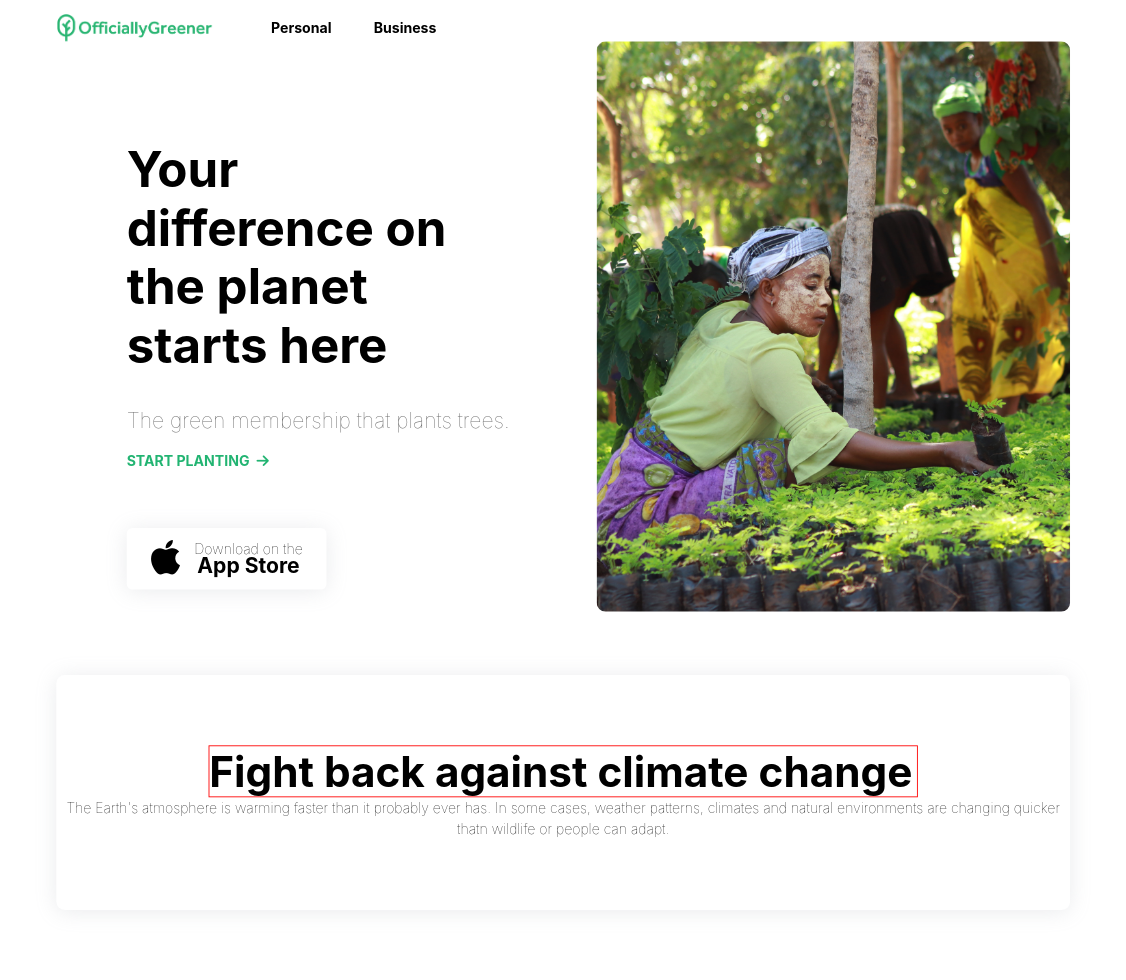
Repository: Sinkycode/Officially-Greener-v2
Page: index.html
These files come from the project's save history. The page is drawn as it stood at one moment and after the next save; the edit follows.
The browser window is 1280 px wide. The pictures show the whole page, at 88% of full size.
Some web libraries are served in a nearby version.

Above is the page before, as saved 2023-03-08 16:45:05.

### index.html
<!DOCTYPE html>
<html lang="en">
<head>
  <meta charset="UTF-8">
  <meta http-equiv="X-UA-Compatible" content="IE=edge">
  <meta name="viewport" content="width=device-width, initial-scale=1.0">
  <link rel="stylesheet" href="https://cdnjs.cloudflare.com/ajax/libs/font-awesome/6.3.0/css/all.min.css" integrity="sha512-SzlrxWUlpfuzQ+pcUCosxcglQRNAq/DZjVsC0lE40xsADsfeQoEypE+enwcOiGjk/bSuGGKHEyjSoQ1zVisanQ==" crossorigin="anonymous" referrerpolicy="no-referrer" />

  <link rel="stylesheet" href="style.css">
  <title>Officially Greener</title>
</head>
<body>
  <header>
    <div class="mobile">
      <img src="Logo/Officially Greener Transparent background.png" alt="" class="primary-logo logo">
      <i class="fa-sharp fa-solid fa-bars"></i>
    </div>

    <div class="desktop">
      <img src="Logo/Officially Greener Transparent background.png" alt="" class="primary-logo logo">
      <ul class="primary-nav">
        <li><a href="http://">Personal</a></li>
        <li><a href="http://">Business</a></li>
      </ul>
    </div>

  </header>

  <section id="landing-page">
   <div class="container">
    <div class="landing-page__image">
      <img src="Images/Magagascar.jpg" alt="">
    </div>
    <div class="landing-page__context">
     <div class="texts">
      <h1 class="biggest-txt">Your difference on the planet starts here</h1>
      <p class="gray-para">The green membership that plants trees.</p>
      <a href="#" class="simple-link">Start planting<i class="fa-sharp fa-solid fa-arrow-right"></i></a>
     </div>
     <button class="apple-btn btn">
      <i class="fa-brands fa-apple"></i>
      <div class="wrap">
        <p>Download on the</p>
        <h1>App Store</h1>
      </div>
     </button>
    </div>
   </div>
  </section>

  <section id="note">
    <div class="container">
      <h1 class="bigger-txt">Fight back against climate change</h1>
      <p class="black-para">The Earth's atmosphere is warming faster than it probably ever has. In some cases, weather patterns, climates and natural environments are changing quicker thatn wildlife or people can adapt.</p>
    </div>
  </section>

  <section id="personal"></section>
</body>
</html>

### style.css
:root {
  --neutral-100: hsl(0, 0%, 100%);
  --neutral-200: hsl(0, 0%, 80%);
  --neutral-400: hsl(0, 0%, 40%);
  --neutral-600: hsl(0, 0%, 20%);
  --neutral-800: hsl(0, 0%, 0%);

  --accent: hsl(153, 68%, 42%);

  --txt-size-200: .8rem;
  --txt-size-400: 1rem;
  --txt-size-500: 2rem;
  --txt-size-600: 3rem;
  --txt-size-800: 3.5rem;

  --box-radius-sm: .2rem;
  --box-radius-rg: .4rem;
  --box-radius-lx: .6rem;
  --box-shadow:rgba(149, 157, 165, 0.2) 0px 2px 24px;

  --gray-para: var(--neutral-400);

}

*, *::after, *::before {
  box-sizing: border-box;
  margin: 0;
  padding: 0;
}

html, body {
  font-family: -apple-system, BlinkMacSystemFont, Segoe UI, Roboto, Oxygen, Ubuntu, Cantarell, Fira Sans, Droid Sans, Helvetica Neue, sans-serif;
  scroll-behavior: smooth;
  overflow-x: hidden;
}

body {
  line-height: 1.5;
  font-size: 16px;
}

/* CUSTOMIZATION */
img {
  max-width: 100%;
  display: block;
}

button, input {
  outline: none;
  border: none;
  /* background: transparent; */
  font-family: inherit;
  font-size: inherit;
  color: inherit;
}

ul, p {
  margin: 0;
  list-style: none;
  font-weight: 2

}

a {
  text-decoration: none;
  color: inherit;
  font-weight: bold;
}

h1,h2,h3 {
  margin: 0;
}

.container {
  max-width: 90%;
  margin: 0 auto;
}

.logo {
  width: clamp(180px, 1rem + 10vw, 300px);
}

.mobile {
  display: none;
}

.desktop {
  display: flex;
  align-items: center;
  gap: 4rem;
  padding-top: 1rem;
  padding-inline-start: 4rem;
  width: 50%;
}

.primary-nav {
  display: flex;
  gap: 3rem;
}

.biggest-txt {
  font-size: var(--txt-size-800);
  line-height: 1.2;
}

.bigger-txt {
  font-size: var(--txt-size-600);
  line-height: 1.2;
}

.gray-para {
  color: var(--gray-para);
}

.btn {
  color: var(--neutral-800);
  background-color: rgb(255, 255, 255);
  padding: .8rem 1.7rem;
  border-radius: var(--box-radius-rg);
  box-shadow: var(--box-shadow);
  cursor: pointer;
}

/* ========= landign page ========= */
#landing-page {
  /* border: 3px solid black; */
  height: 100vh;
}

#landing-page .container {
  display: flex;
  gap: 1rem;
  height: 100%;
  /* border: 1px solid red; */
}

@media (max-width: 1000px) {
  #landing-page .container {
    display: block;
  }
}

@media (min-width: 768px) {
  .landing-page__context {
    order: 1;
    margin-left: 5rem;
    margin-top: 7rem;
  }

  .landing-page__image {
    order: 2;
  }
}

.landing-page__context {
  max-width: 45%;
  /* border: 1px solid red; */
}

.landing-page__context .biggest-txt {
  /* border: 1px solid red; */
  max-width: 80%;
  margin-bottom: 2rem;
}

.landing-page__context .gray-para {
  margin-block: 1rem;
  font-size: 1.5rem;
}

.landing-page__context .simple-link {
  color: var(--accent);
  text-transform: uppercase;
  display: flex;
  align-items: center;
  gap: .5rem;
  margin-bottom: 4rem;
}

.fa-apple {
  font-size: 2.8rem;
}

.apple-btn {
  display: flex;
  align-items: center;
  gap: 1rem;
}

button .wrap {
  /* border: 1px solid red; */
  line-height:1;
}

button .wrap h1{
  font-size: 1.5rem;
}

.landing-page__image {
  width: 55%;
  height: 90%;
  border-radius: 10px;
  overflow: hidden;
}

.landing-page__image img {
  height: 120%;
  object-fit: cover;
  object-position: left;
}

/* ====== Note ======== */

#note {
  padding-bottom: 5rem;
}

#note .container {
  background: var(--neutral-100);
  border-radius: var(--box-radius-lx);
  box-shadow: var(--box-shadow);
  padding-block: 5rem;
  /* padding-inline: 14rem; */
  display: flex;
  flex-direction: column;
  align-items: center;
  text-align: center;
}

#note .bigger-txt {
  border: 1px solid red;
  width: 70%;
  display: flex;
  align-items: center;
}

After the next save:
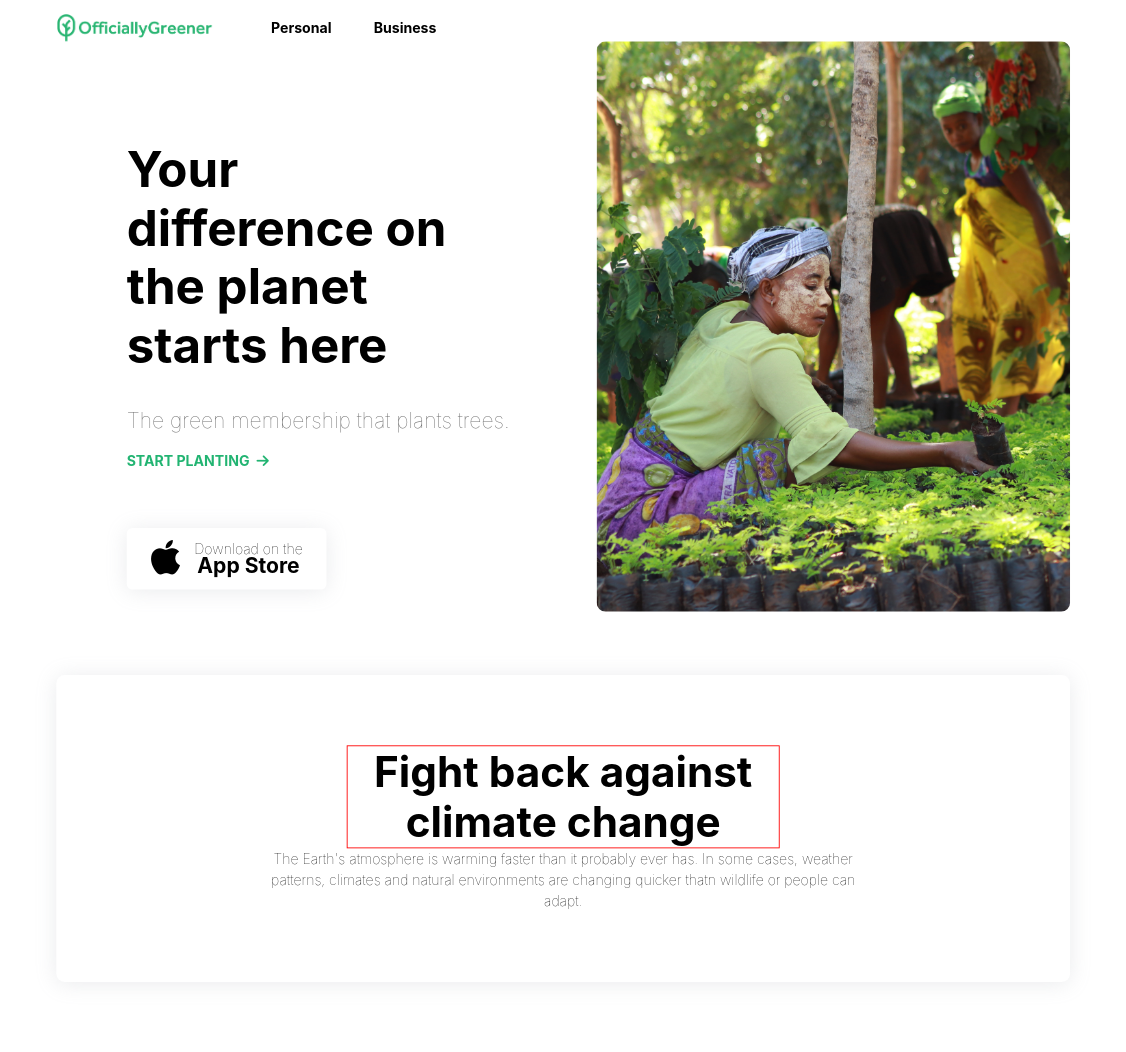
Saved 6 s later.
--- a/style.css
+++ b/style.css
@@ -220,7 +220,7 @@
   border-radius: var(--box-radius-lx);
   box-shadow: var(--box-shadow);
   padding-block: 5rem;
-  /* padding-inline: 14rem; */
+  padding-inline: 14rem;
   display: flex;
   flex-direction: column;
   align-items: center;
